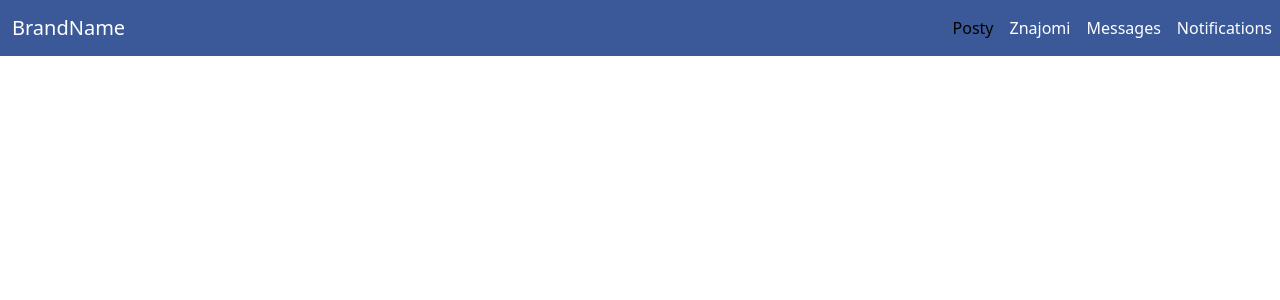
Repository: BoguszKonrady/FORUM
Page: http://localhost/app/views/layout/navbar.php
The author's editor kept a copy of each file at every save. The page is drawn from the files as they stood at one save, then again after a run of saves.
The browser window is 1280 px wide. The pictures show the whole page.
The page is run by PHP 8.4 with error messages shown; the project is at /var/www/html/.

Above is the page before, as saved 2024-06-06 20:57:18.

### app/views/layout/navbar.php
<!DOCTYPE html>
<html lang="en">
<head>
    <meta charset="UTF-8">
    <meta name="viewport" content="width=device-width, initial-scale=1.0">
    <title>Facebook Style Navbar</title>
    <link href="https://cdn.jsdelivr.net/npm/bootstrap@5.3.0/dist/css/bootstrap.min.css" rel="stylesheet">
    <style>
        .navbar-facebook {
            background-color: #3b5998;
        }
        .navbar-facebook .navbar-brand,
        .navbar-facebook .nav-link,
        .navbar-facebook .form-control {
            color: #fff;
        }
        .navbar-facebook .form-control {
            background-color: rgba(255, 255, 255, 0.2);
            border: none;
        }
        .navbar-facebook .form-control::placeholder {
            color: rgba(255, 255, 255, 0.6);
        }
    </style>
</head>
<body>
<nav class="navbar navbar-expand-lg navbar-facebook">
    <div class="container-fluid">
        <a class="navbar-brand" href="#">BrandName</a>
        <button class="navbar-toggler" type="button" data-bs-toggle="collapse" data-bs-target="#navbarNav" aria-controls="navbarNav" aria-expanded="false" aria-label="Toggle navigation">
            <span class="navbar-toggler-icon"></span>
        </button>
    </div>
    <div class="collapse navbar-collapse justify-content-center" id="navbarNav">
            <ul class="navbar-nav me-auto mb-2 mb-lg-0 d-flex justify-content-center">
                <li class="nav-item">
                    <a class="nav-link active" aria-current="page" href="#">Posty</a>
                </li>
                <li class="nav-item">
                    <a class="nav-link" href="#">Znajomi</a>
                </li>
                <li class="nav-item">
                    <a class="nav-link" href="#">Messages</a>
                </li>
                <li class="nav-item">
                    <a class="nav-link" href="#">Notifications</a>
                </li>
            </ul>
        </div>
</nav>

<script src="https://cdn.jsdelivr.net/npm/bootstrap@5.3.0/dist/js/bootstrap.bundle.min.js"></script>
</body>
</html>

After the next 2 saves:
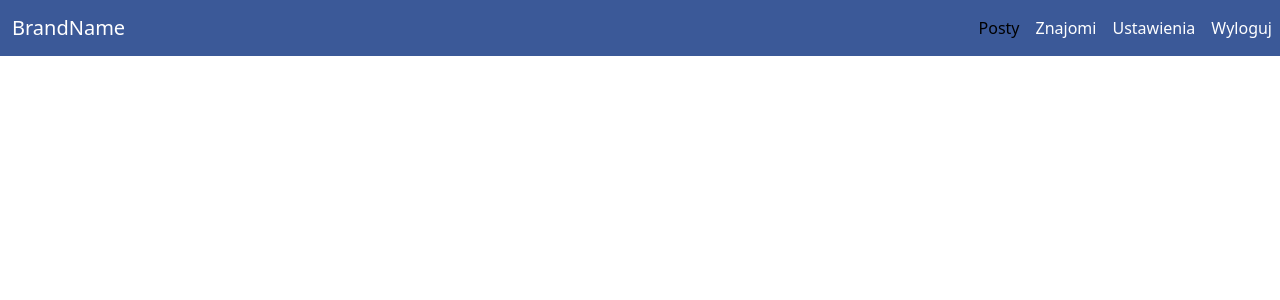
The 2 saves are shown as one change because they came seconds apart.
The last was saved 9 s later.
--- a/app/views/layout/navbar.php
+++ b/app/views/layout/navbar.php
@@ -40,10 +40,10 @@
                     <a class="nav-link" href="#">Znajomi</a>
                 </li>
                 <li class="nav-item">
-                    <a class="nav-link" href="#">Messages</a>
+                    <a class="nav-link" href="#">Ustawienia</a>
                 </li>
                 <li class="nav-item">
-                    <a class="nav-link" href="#">Notifications</a>
+                    <a class="nav-link" href="#">Wyloguj</a>
                 </li>
             </ul>
         </div>
